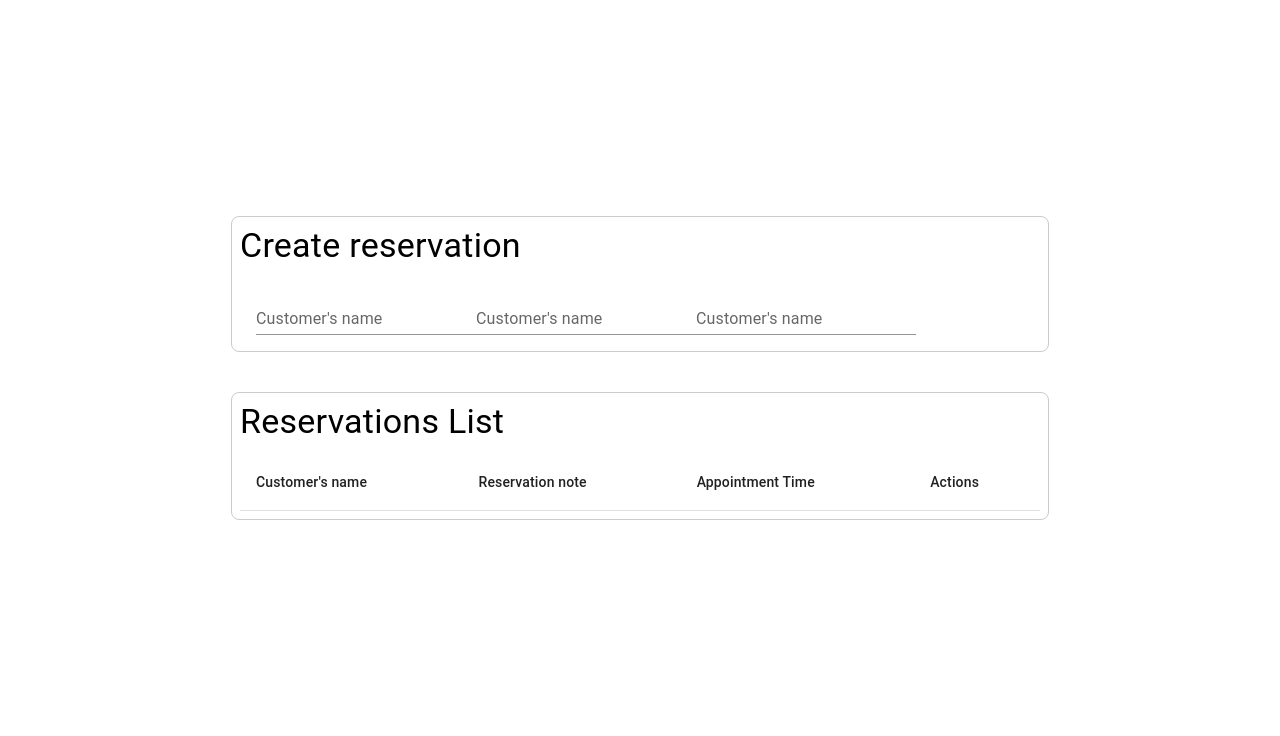
Repository: dovix58/PSP
Page: /beauty (app in frontEnd/)
The author's editor kept a copy of each file at every save. The page is drawn from the files as they stood at one save, then again after a run of saves.
The browser window is 1280 px wide. The pictures show the whole page.
The page's requests for data from a server got no answer. The project was rebuilt for these pictures with package versions that can differ from the ones it lists, and the page was loaded fresh each time. No one was signed in, and anything a server would have sent is missing. Also part of the build but not shown: frontEnd/vite.config.ts, frontEnd/src/LandingPage.tsx, frontEnd/src/api/productAPI.ts, frontEnd/src/CreateOrder.tsx, frontEnd/src/api/OrderApi.ts, frontEnd/src/PaymentModal.tsx, frontEnd/src/OrderList.tsx, frontEnd/src/Styles.ts and 3 more.

Above is the page before, as saved 2024-12-19 13:40:55.

After the next 6 saves:
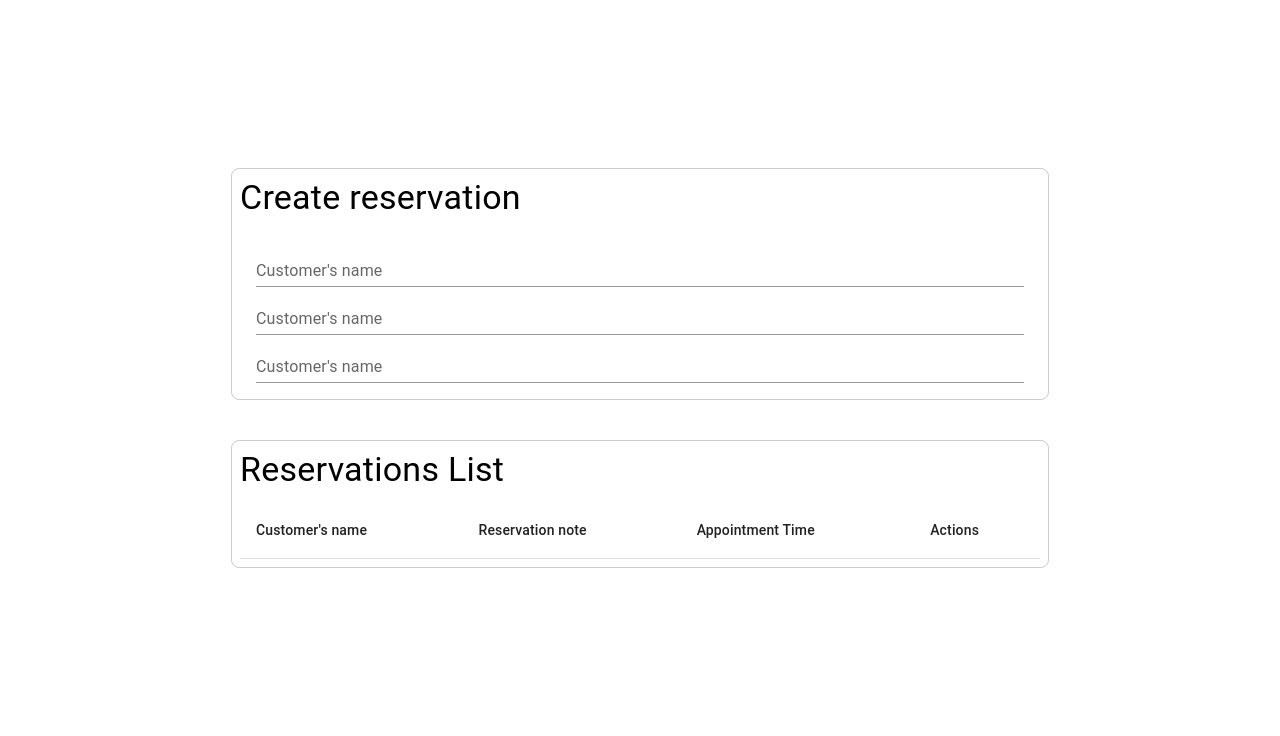
The 6 saves are shown as one change because 1 did not build or start and some came seconds apart.
The last was saved 81 s later.
--- a/frontEnd/src/CreateReservation.tsx
+++ b/frontEnd/src/CreateReservation.tsx
@@ -1,5 +1,5 @@
 import React from "react";
-import { Box, Typography, TextField } from "@mui/material";
+import { Box, Typography, TextField, Stack } from "@mui/material";
 
 export default function CreateReservation() {
   return (
@@ -19,21 +19,23 @@ export default function CreateReservation() {
       </Typography>
       <Box sx={{ display: "flexColumn", px: 2, py: 1 }}>
         <form>
-          <TextField
-            id="standard-basic"
-            label="Customer's name"
-            variant="standard"
-          />
-          <TextField
-            id="standard-basic"
-            label="Customer's name"
-            variant="standard"
-          />
-          <TextField
-            id="standard-basic"
-            label="Customer's name"
-            variant="standard"
-          />
+          <Stack >
+            <TextField
+              id="standard-basic"
+              label="Customer's name"
+              variant="standard"
+            />
+            <TextField
+              id="standard-basic"
+              label="Customer's name"
+              variant="standard"
+            />
+            <TextField
+              id="standard-basic"
+              label="Customer's name"
+              variant="standard"
+            />
+          </Stack>
         </form>
       </Box>
     </Box>
